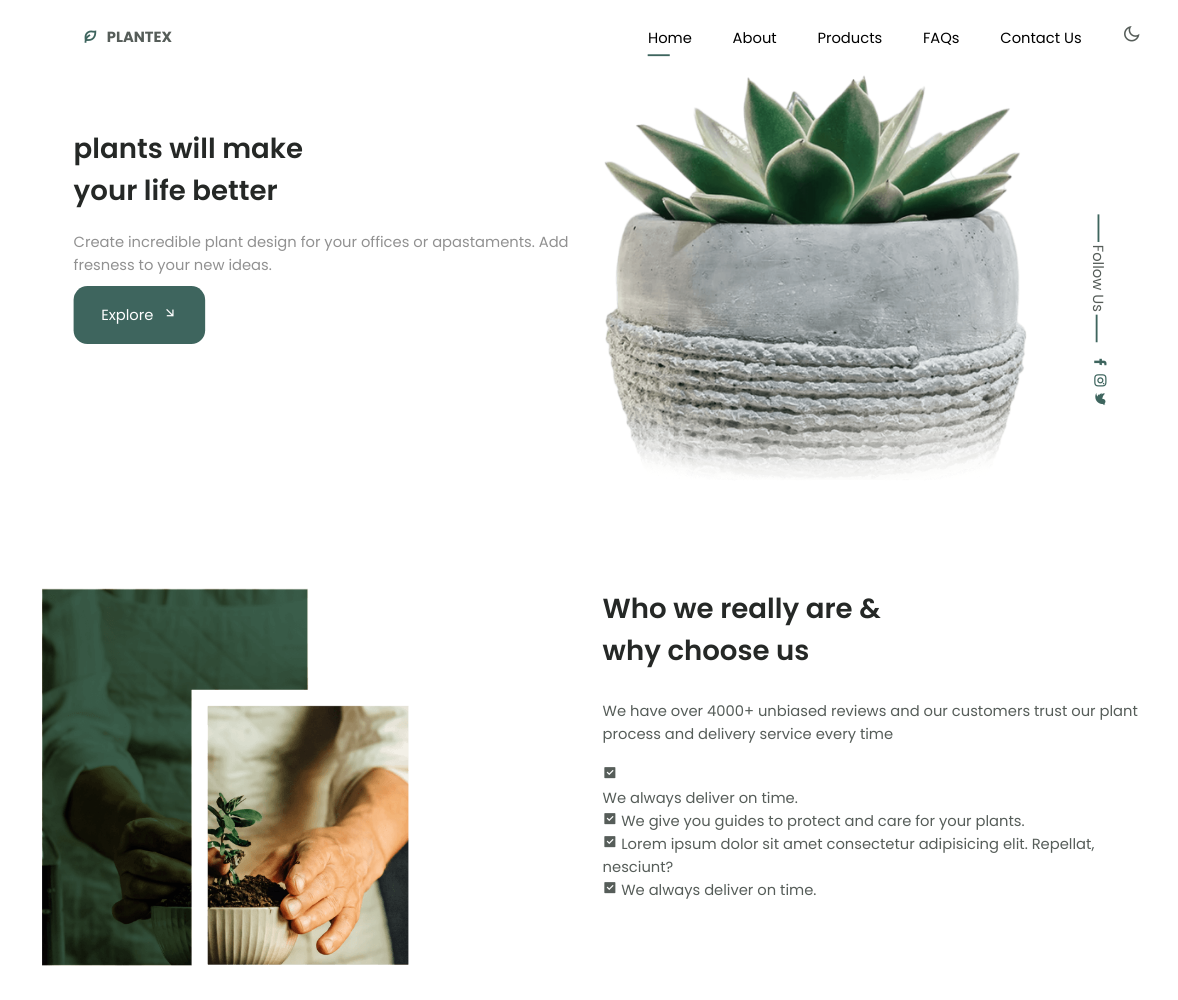
Repository: OmniaRafat232111121/plantwebsite
Page: index.html
The author's editor kept a copy of each file at every save. The page is drawn from the files as they stood at one save, then again after the next save.
The browser window is 1280 px wide. The pictures show the whole page, at 92% of full size.

Above is the page before, as saved 2023-01-04 23:38:55.

### index.html
<!DOCTYPE html>
<html lang="en">
<head>
    <meta charset="UTF-8">
    <meta http-equiv="X-UA-Compatible" content="IE=edge">
    <meta name="viewport" content="width=device-width, initial-scale=1.0">
    <title>plant-website</title>
      <!--icon web-->
    <link rel="shortcut icon" href="assets/img/favicon.png" type="image/x-icon">
    <!--css style-->
    <link rel="stylesheet" href="./assets/css/styles.css">
    <!--remix icon-->
    <link href="https://cdn.jsdelivr.net/npm/remixicon@2.5.0/fonts/remixicon.css" rel="stylesheet">
</head>
<body>
<!--header-->
<header class="header" id="header">
<div class="container-header">
    <a class="nav_logo">
   <i class="ri-leaf-line nav_logo-icon "></i>Plantex
</a>

<nav class="nav_menu" id="nav_menu">
    <ul class="nav_list" id="nav_list">
        <li class="nav_item" id="nav_item">
                            <a href="#home" class="nav_link active-link">Home</a>
                        </li>
                        <li class="nav__item">
                            <a href="#about" class="nav_link">About</a>
                        </li>
                        <li class="nav__item">
                            <a href="#products" class="nav_link">Products</a>
                        </li>
                        <li class="nav__item">
                            <a href="#faqs" class="nav_link">FAQs</a>
                        </li>
                        <li class="nav__item">
                            <a href="#contact" class="nav_link">Contact Us</a>
                        </li>
                        <li class="mood">
       <i class= "ri-moon-line change-theme" id="theme-button"></i>

    </li>



    </ul>

    <div class="nav-close" id="nav_close">
        <i class="ri-close-line"></i>

    </div>
    <div  class="nav-btns">
   <i class= "ri-moon-line change-theme" id="theme-button"></i>
    <div class="nav-toggle" id="navToggle">
      <i class="ri-menu-line"></i>
    </div>
   </div>
    </div>
</nav>
</div>

</header>


    <!--home start-->
    <section class="home" id="home">
        <div class="home-container">
            <div class="left-content">
                <h1 class="home-title">plants will make <br>
                    your life better</h1>
                <p class="home-des">Create incredible plant design for your offices or apastaments. Add fresness to your new ideas.</p>
              <a>Explore<i class="ri-arrow-right-down-line button__icon"></i></a>
            </div>
            <div class="right-content">
            <img src="./assets/img/home.png" alt=""/>
            <div class=social_icons>
                 <span class="home__social-follow">Follow Us</span>

                        <div class="home__social-links">
                            <a href="https://www.facebook.com/" target="_blank" class="home__social-link">
                                <i class="ri-facebook-fill"></i>
                            </a>
                            <a href="https://www.instagram.com/" target="_blank" class="home__social-link">
                                <i class="ri-instagram-line"></i>
                            </a>
                            <a href="https://twitter.com/" target="_blank" class="home__social-link">
                                <i class="ri-twitter-fill"></i>
                            </a>
                        </div>

            </div>

        </div>

    </section>
 <!--home end-->
 <!--about start-->
 <section class="about" id="about">
    <div class="about-container">
        <div class="left-about">
          <img src="./assets/img/about.png" alt="image-about"/>
        </div>
        <div class="right-about">
            <h2 class="about-title">Who we really are &<br>why choose us</h2>
            <p class="about-desc">We have over 4000+ unbiased reviews and our customers trust our plant process and delivery service every time</p>
             <div class="about-deatails">
                <p class="about-description">
                      <i class="ri-checkbox-fill about__details-icon"></i>
                      <p> We always deliver on time.</p>
                </p>
                 <p class="about-description">
                      <i class="ri-checkbox-fill about__details-icon"></i>
                      We give you guides to protect and care for your plants.
                </p>

                 <p class="about-description">
                      <i class="ri-checkbox-fill about__details-icon"></i>
                       Lorem ipsum dolor sit amet consectetur adipisicing elit. Repellat, nesciunt?
                </p>

                 <p class="about-description">
                      <i class="ri-checkbox-fill about__details-icon"></i>
                       We always deliver on time.
                </p>


             </div>
        </div>

    </div>

 </section>

 <!--about end-->
   <script src="./assets/js/main.js"></script>
</body>
</html>

### assets/css/styles.css
/*=============== GOOGLE FONTS ===============*/
@import url('https://fonts.googleapis.com/css2?family=Poppins:wght@400;500;600;700&display=swap');

/*=============== VARIABLES CSS ===============*/
:root {
  --header-height: 3.5rem; /*56px*/

  /*========== Colors ==========*/
  /*Color mode HSL(hue, saturation, lightness)*/
  --black:#000;
  --green:#3e655e;
  --hue: 152;
  --first-color: hsl(var(--hue), 24%, 32%);
  --first-color-alt: hsl(var(--hue), 24%, 28%);
  --first-color-light: hsl(var(--hue), 24%, 66%);
  --first-color-lighten: hsl(var(--hue), 24%, 92%);
  --title-color: hsl(var(--hue), 4%, 15%);
  --text-color: hsl(var(--hue), 4%, 35%);
  --text-color-light: hsl(var(--hue), 4%, 55%);
  --body-color: hsl(var(--hue), 0%, 100%);
  --container-color: #FFF;

  /*========== Font and typography ==========*/
  /*.5rem = 8px | 1rem = 16px ...*/
  --body-font: 'Poppins', sans-serif;
  --big-font-size: 2rem;
  --h1-font-size: 1.5rem;
  --h2-font-size: 1.25rem;
  --h3-font-size: 1rem;
  --normal-font-size: .938rem;
  --small-font-size: .813rem;
  --smaller-font-size: .75rem;

  /*========== Font weight ==========*/
  --font-medium: 500;
  --font-semi-bold: 600;

  /*========== Margenes Bottom ==========*/
  /*.5rem = 8px | 1rem = 16px ...*/
  --mb-0-5: .5rem;
  --mb-0-75: .75rem;
  --mb-1: 1rem;
  --mb-1-5: 1.5rem;
  --mb-2: 2rem;
  --mb-2-5: 2.5rem;

  /*========== z index ==========*/
  --z-tooltip: 10;
  --z-fixed: 100;
}

/* Responsive typography */
@media screen and (min-width: 968px) {
  :root {
    --big-font-size: 3.5rem;
    --h1-font-size: 2.25rem;
    --h2-font-size: 1.5rem;
    --h3-font-size: 1.25rem;
    --normal-font-size: 1rem;
    --small-font-size: .875rem;
    --smaller-font-size: .813rem;
  }
}

/*=============== BASE ===============*/
*{
  box-sizing: border-box;
  padding: 0;
  margin: 0;
}

html{
  scroll-behavior: smooth;
}

body,
button,
input,
textarea{
  font-family: var(--body-font);
  font-size: var(--normal-font-size);
}

body{
  margin: var(--header-height) 0 0 0;
  background-color: var(--body-color);
  color: var(--text-color);
  transition: .4s; /*For animation dark mode*/
}

button{
  cursor: pointer;
  border: none;
  outline: none;
}

h1,h2,h3{
  color: var(--title-color);
  font-weight: var(--font-semi-bold);
}

ul{
  list-style: none;
}

a{
  text-decoration: none;
}

img{
  max-width: 100%;
  height: auto;
}
/*========== resuable component ==========*/



/*========Header========*/
 header{
  background-color: #fff;
  position: fixed;
  top:0;
  left:0;
  width:100%;
  z-index:1000;
  transition: 0.3s;
}
.container-header{
  display:flex;
  align-items: center;
  justify-content: space-between;
  height:var(--header-height);
  padding:40px;
}
.nav_menu{

}
.nav_logo{
  text-transform: uppercase;
  display:inline-flex;
  align-items: center;
  column-gap: 10px;
  font-weight: bold;
  margin-left: 50px;
  cursor: pointer;
}
.nav_logo:hover{
  color:var(--green);
}
.nav_logo-icon{
   color:var(--green);
}
.nav_logo i:hover{
  color:var(--black);
}
nav ul li {
  display: inline-block;
  cursor: pointer;
  margin-left: 40px;
}
nav ul li a{
  color:var(--black);


}
.nav-btns{
  display: none;
}
.mood{
  margin-left: 40px;
  font-size: 20px;

}

.nav-close
{

  font-size: 1.5rem;
  position: relative;
  top: 70px;
  right: 1.25rem;
  cursor: pointer;
  display: none;


}

.nav-btns{
  font-size: 20px;
  cursor: pointer;
}
.active-link{
  position: relative;
  color: var(--black);
}
.active-link::after{
  content: '';
  position: absolute;
  bottom: -8px;
  left: 0;
  width: 50%;
  height: 2px;
  background-color: var(--green);
}
.nav_link:hover{
 color: var(--green);
 transition: 0.3s;
}
@media screen and (max-width: 767px){
.nav_list{
display: none;
}
.nav_logo{
  margin-left: -10px;
}

.nav-btns{
  display:inline-flex;
  align-items: center;
  column-gap: 20px;
  font-weight: bold;
  margin-right: -10px;
  cursor: pointer;
}

  .show-menu{

     position: fixed;
    background-color:#fff;
    width: 100%;
    height: 50%;
    top: 80px;
    right: 0px;
    transition: .3s;
    z-index: 1000;
    display:grid;
    justify-content: center;
    text-align: center;

 padding: 10px;




  }
  .show-menu {

  }
  .show-menu .mood .ri-moon-line{
    display: none;
  }




}

/*=====home======*/
.home{
  padding: 0 80px;
  position:relative;

}
.home-container{
display:grid;
grid-template-columns: repeat(auto-fit, minmax(250px, 1fr));
grid-gap:30px;
margin-top: 70px;

}
.home-container .left-content{
  margin-top: 70px;
}
.home-container .left-content .home-title{
  font-size: 30px;
}
.home-container .left-content .home-des{
  color:rgb(145, 145, 145);
  margin-top: 20px;
  margin-bottom: 30px;
}
.home-container .left-content a{
  background-color: #3e655e;
  color:#fff;
  padding:20px 30px;
  border-radius: 15px;

}
.home-container .left-content  i{
  margin-left: 10px;
}
.right-content img{
  max-width: 100%;
  width:85%;
  justify-self: center;
}

.social_icons{
  position: absolute;
  top: 220px;
  right: 50px;
  display: grid;
  justify-items: center;
  row-gap: 3.5rem;

}
.home__social-links {
  margin-top: 30px;

}
.home__social-links a{
 color:var(--green);
}
.home__social-links a:hover{
color:var(--black);
}
.home__social-follow{
  position:relative;
  transform: rotate(90deg);
}
.home__social-follow::before{
content: '';
  position: absolute;
  width: 30px;
  height: 2px;
  background-color: var(--green);
  right: -45%;
  top: 50%;
}
.home__social-follow::after{
content: '';
  position: absolute;
  width: 30px;
  height: 2px;
  background-color: var(--green);
  left: -45%;
  bottom: 50%;
}
.home__social-links{
    transform: rotate(90deg);
}
.left-content a:hover{
  background-color:#032922;
  color: #fff;
  cursor: pointer;

}
/*======about=======*/
.about{
  position: relative;
  padding:30px 40px;
}
.about-container{
  display:grid;
grid-template-columns: repeat(auto-fit, minmax(250px, 1fr));
grid-gap:30px;
margin-top: 70px;
}
.about-container .left-about img{
  max-width: 100%;
  width:70%;
}
.about-container .right-about .about-title{
  font-size: 30px;
  margin-bottom: 30px;

}
.about-container .right-about .about-desc{
  margin-bottom:20px;

}
.about-container .right-about .about-deatails .about-descriptio{
  margin-top: 20px;
}

### assets/js/main.js
let navMenu = document.getElementById('nav_menu');
let navList = document.getElementById('nav_list');
let navItem = document.getElementById('nav ul li');
let closeButton = document.getElementById('nav_close');
let navToggle = document.getElementById('navToggle');
navToggle.addEventListener('click', function () {
    navList.classList.toggle('show-menu');


})
// navMenu.addEventListener('click', function () {
//     navToggle.classList.toggle('show-menu');


// })

After the next save:
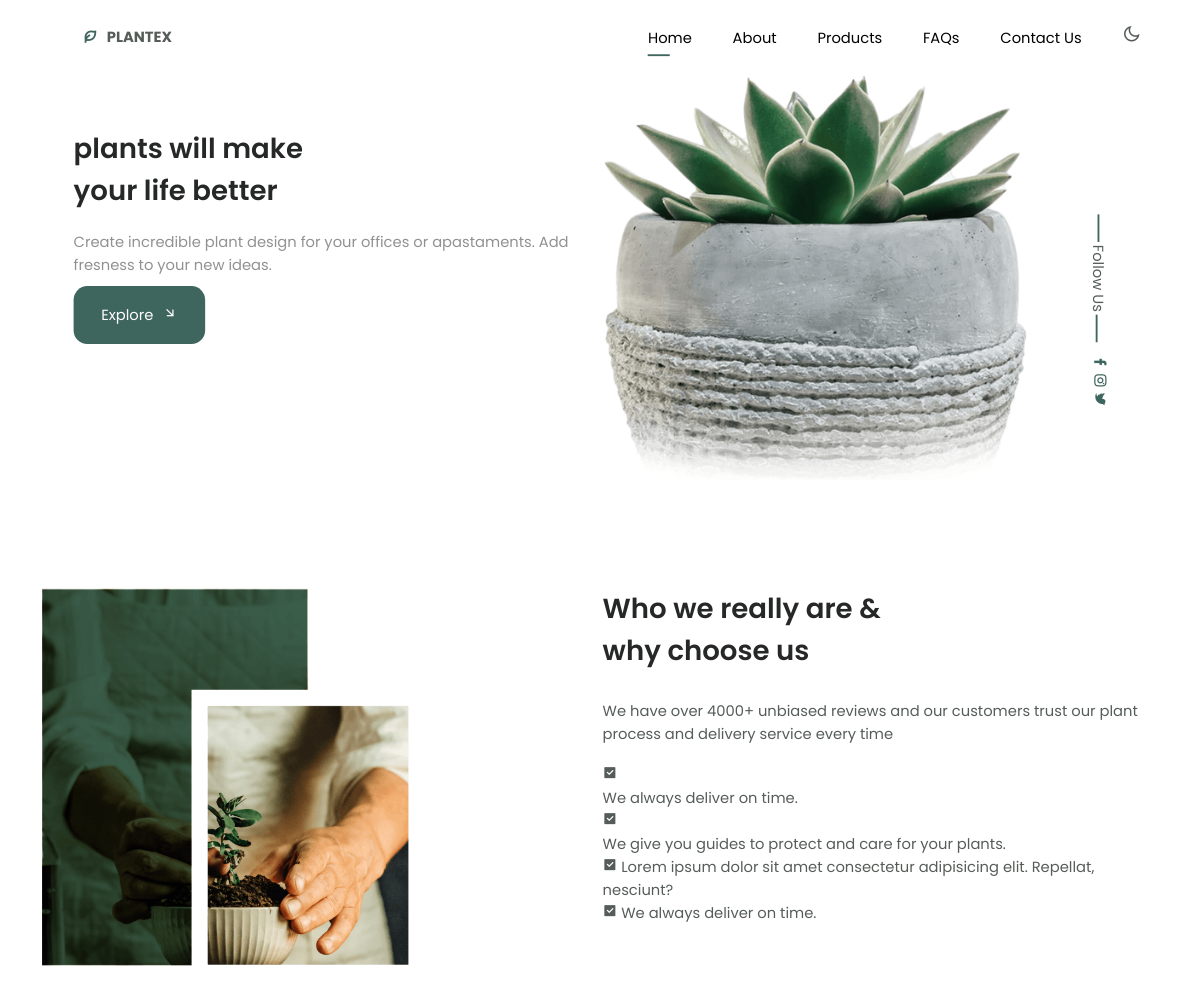
Saved 4 s later.
--- a/index.html
+++ b/index.html
@@ -111,7 +111,7 @@
                 </p>
                  <p class="about-description">
                       <i class="ri-checkbox-fill about__details-icon"></i>
-                      We give you guides to protect and care for your plants.
+                      <p></p>We give you guides to protect and care for your plants.
                 </p>
 
                  <p class="about-description">
